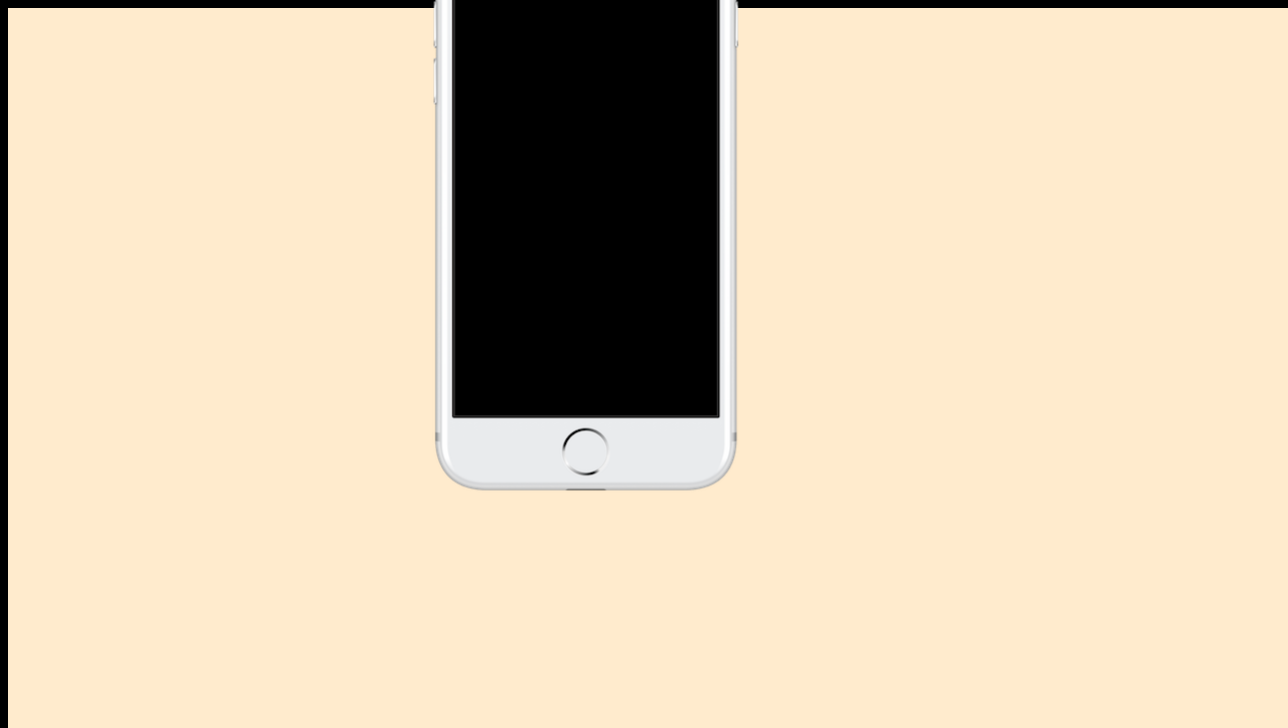
Repository: DorivalJunior14/Projeto-social
Page: index.html
The author's editor kept a copy of each file at every save. The page is drawn from the files as they stood at one save, then again after the next save.
The browser window is 1280 px wide. The page is 1288 px wide, so the pictures cover 1288 px, including what lies to the right of the window. The pictures show the whole page.

Above is the page before, as saved 2022-06-24 14:07:48.

### index.html
<!DOCTYPE html>
<html lang="pt-br">
<head>
    <meta charset="UTF-8">
    <meta http-equiv="X-UA-Compatible" content="IE=edge">
    <meta name="viewport" content="width=device-width, initial-scale=1.0">
    <link rel="shortcut icon" href="favicon.ico" type="image/x-icon">
    <link rel="stylesheet" href="estilos/style.css">
    <title>Projeto redes sociais</title>

</head>
<body>
  <main>
    <section id="telefone">
    </section>
    <section id="redes-sociais">
    </section>
  </main>
</body>
</html>

### estilos/style.css
@charset "UTF-8"

*{
    margin: 0px;
    padding: 0px;
    font-family: Arial, Helvetica, sans-serif;
}

html, body {
    height: 100vh;
    width: 100vw;
    background-color: black;

}

main {
    position: relative;
    height: 100vh;
    background-color: blanchedalmond;
}

section#telefone {
    position: absolute;
    top: 50%;
    left: 50%;
    transform: translate(-70%,-80%);
    height: 627px;
    width: 311px;
    background-color: blue;
    background: url('../imagens/frame-iphone.png');
    transform: translate(-50%,-50%);
    -webkit-transform: translate(-70%,-80%);
    -moz-transform: translate(-70%,-80%);
    -ms-transform: translate(-70%,-80%);
    -o-transform: translate(-70%,-80%);
}

After the next save:
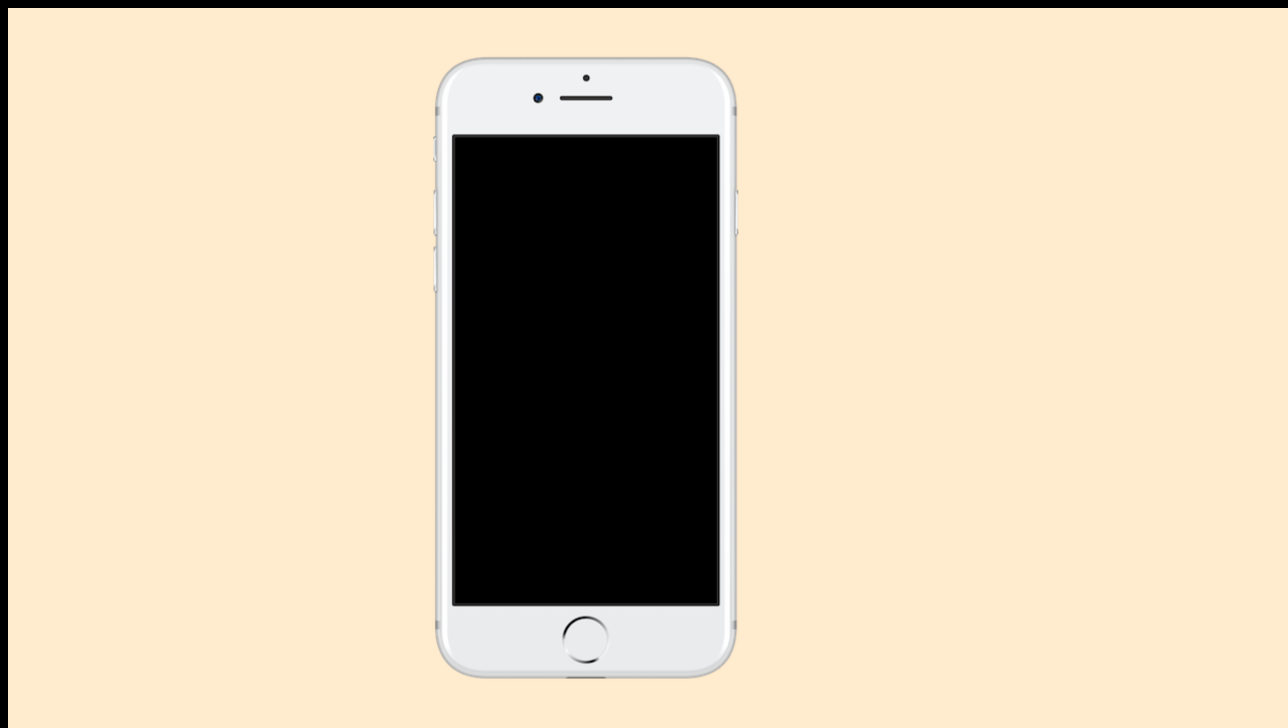
Saved 12 s later.
--- a/estilos/style.css
+++ b/estilos/style.css
@@ -23,14 +23,14 @@ section#telefone {
     position: absolute;
     top: 50%;
     left: 50%;
-    transform: translate(-70%,-80%);
+    transform: translate(-70%,-50%);
     height: 627px;
     width: 311px;
     background-color: blue;
     background: url('../imagens/frame-iphone.png');
     transform: translate(-50%,-50%);
-    -webkit-transform: translate(-70%,-80%);
-    -moz-transform: translate(-70%,-80%);
-    -ms-transform: translate(-70%,-80%);
-    -o-transform: translate(-70%,-80%);
+    -webkit-transform: translate(-70%,-50%);
+    -moz-transform: translate(-70%,-50%);
+    -ms-transform: translate(-70%,-50%);
+    -o-transform: translate(-70%,-50%);
 }
